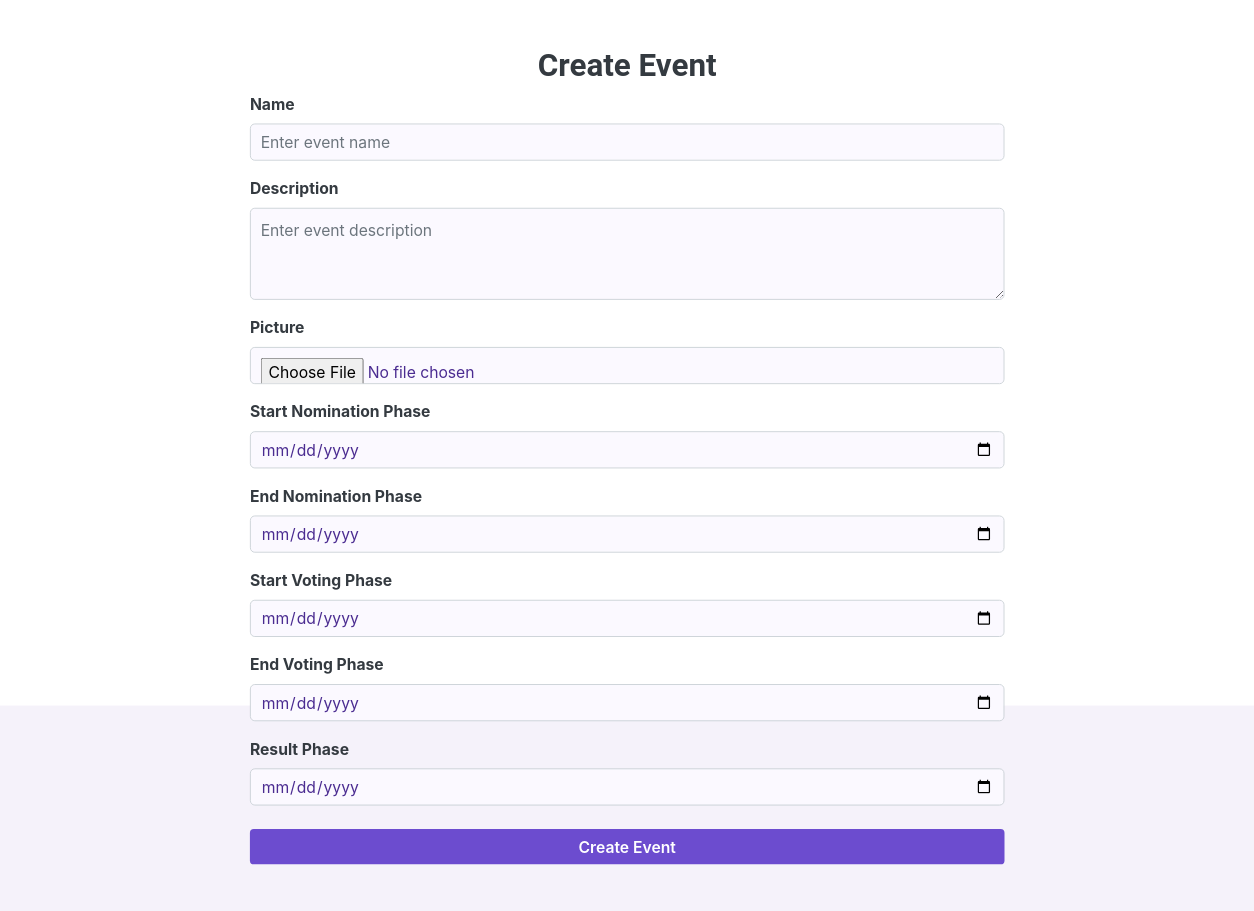
Repository: B-Vidhya/eVoting1
Page: /admin/create (app in Frontend/)
The author's editor kept a copy of each file at every save. The page is drawn from the files as they stood at one save, then again after the next save.
The browser window is 1280 px wide. The pictures show the whole page, at 98% of full size.
The project was rebuilt for these pictures with package versions that can differ from the ones it lists, and the page was loaded fresh each time. Also part of the build but not shown: Frontend/src/Components/SignUpPage.js, Frontend/src/Components/Home.js, Frontend/src/Components/EventsList.js, Frontend/src/Components/NominationForm.js, Frontend/src/Components/AdminViewCandidates.js, Frontend/src/Components/VotingPage.js, Frontend/src/Components/ResultPage.js, Frontend/src/Components/InactiveEventPage.js and 8 more.

Above is the page before, as saved 2024-10-24 13:07:21.

### Frontend/public/index.html
<!DOCTYPE html>
<html lang="en">
  <head>
    <meta charset="utf-8" />
    <link rel="icon" href="%PUBLIC_URL%/favicon.ico" />
    <meta name="viewport" content="width=device-width, initial-scale=1" />
    <meta name="theme-color" content="#000000" />
    <meta name="description" content="Campus Voting Application" />
    <link rel="stylesheet" href="https://maxcdn.bootstrapcdn.com/bootstrap/4.5.2/css/bootstrap.min.css" />
    <link rel="apple-touch-icon" href="%PUBLIC_URL%/logo192.png" />
    <link rel="manifest" href="%PUBLIC_URL%/manifest.json" />
    <title>Campus Voting</title>
  </head>
  <body>
    <noscript>You need to enable JavaScript to run this app.</noscript>
    <div id="root"></div>
    <!--
      This HTML file is a template.
      If you open it directly in the browser, you will see an empty page.

      You can add webfonts, meta tags, or analytics to this file.
      The build step will place the bundled scripts into the <body> tag.

      To begin the development, run `npm start` or `yarn start`.
      To create a production bundle, use `npm run build` or `yarn build`.
    -->
  </body>
</html>

### Frontend/src/index.js
import React from "react";
import ReactDOM from "react-dom";
import "./Styles/styles.css";
import App from "./App";
import { ChakraProvider } from "@chakra-ui/react";

ReactDOM.render(
  <React.StrictMode>
    {/* Wrap App with ChakraProvider */}
    <ChakraProvider>
      <App />
    </ChakraProvider>
  </React.StrictMode>,
  document.getElementById("root")
);

### Frontend/src/Styles/styles.css

body, html {
  height: 100%;
  margin: 0;
  font-family: 'Arial', sans-serif;
  background-color: #f5f2fa;
}

.container-fluid {
  background-color: #f5f2fa;
}

h2 {
  font-family: 'Roboto', sans-serif;
  font-weight: 700;
  color: #4b2c91;
}

.shadow-lg {
  box-shadow: 0 4px 20px rgba(0, 0, 0, 0.1) !important;
}

.form-control {
  border: 1px solid #e0e0e0;
  font-size: 16px;
  color: #4b2c91;
  background-color: #fbf9ff;
}

.form-control:focus {
  border-color: #ae98d8;
  box-shadow: none;
}

.btn-primary {
  background-color: #6c4ccf  !important;
  border-color: #6c4ccf  !important;
  font-size: 16px;
  font-weight: 600;
  transition: background-color 0.3s ease-in-out, box-shadow 0.3s ease-in-out;
}

.btn-primary:hover, .btn-primary:focus {
  background-color: #5633bf  !important;
  border-color: #5633bf  !important;
  box-shadow: 0 0 10px rgba(87, 53, 190, 0.5);
}

.text-primary {
  color: #6c4ccf !important;
}

.text-muted {
  color: #6c4ccf !important;
}

.bg-primary {
  background-color: #6c4ccf !important;
}

.bg-light {
  background-color: #f5f2fa !important;
}

.bg-white {
  background-color: #ffffff !important;
}

::-webkit-input-placeholder {
  color: #9c8ab6;
}

:-ms-input-placeholder {
  color: #9c8ab6;
}

::placeholder {
  color: #9c8ab6;
}

.mr-2 {
  margin-right: 8px;
}

@media (max-width: 992px) {
  .form-control {
    font-size: 14px;
  }
}

### Frontend/src/Components/AdminCreate.js
import React, { useState } from "react";
import { Container, Row, Col, Button, Form } from "react-bootstrap";
import { useNavigate } from "react-router-dom";
import axios from "axios"; // Import Axios
import "../Styles/AdminCreate.css"; // Import your CSS file
import { useToast } from "@chakra-ui/react";

const AdminCreate = () => {
  const navigate = useNavigate();

  // Define state for form fields
  const [eventName, setEventName] = useState("");
  const [eventDescription, setEventDescription] = useState("");
  const [pic, setPic] = useState(null); // Changed to pic
  const [startNominationPhase, setStartNominationPhase] = useState("");
  const [endNominationPhase, setEndNominationPhase] = useState("");
  const [startVotingPhase, setStartVotingPhase] = useState("");
  const [endVotingPhase, setEndVotingPhase] = useState("");
  const [resultPhase, setResultPhase] = useState("");
  const [loading, setLoading] = useState(false);
  const toast = useToast();

  const postDetails = async (pics) => {
    setLoading(true);
    if (pics === undefined) {
      toast({
        title: "Please Check an Image!",
        status: "warning",
        duration: 5000,
        isClosable: true,
        position: "bottom",
      });
      setLoading(false);
      return;
    }
    if (pics.type === "image/jpeg" || pics.type === "image/png") {
      const data = new FormData();
      data.append("file", pics);
      data.append("upload_preset", "chat-app");
      data.append("cloud_name", "dumugkpxd");

      try {
        const res = await fetch(
          "https://api.cloudinary.com/v1_1/dumugkpxd/image/upload",
          {
            method: "post",
            body: data,
          }
        );
        const imageData = await res.json();
        setPic(imageData.url); // Use setPic for saving image URL
      } catch (err) {
        console.log(err);
        toast({
          title: "Image upload failed!",
          status: "error",
          duration: 5000,
          isClosable: true,
          position: "bottom",
        });
      }
    } else {
      toast({
        title: "Please Select an Image!",
        status: "warning",
        duration: 5000,
        isClosable: true,
        position: "bottom",
      });
      setLoading(false);
      return;
    }
    setLoading(false);
  };

  const handleSubmit = async (e) => {
    e.preventDefault();
    setLoading(true);

    const eventData = {
      name: eventName,
      description: eventDescription,
      picture: pic, // Use pic for the image URL
      startNominationPhase,
      endNominationPhase,
      startVotingPhase,
      endVotingPhase,
      resultPhase,
    };

    try {
      const response = await axios.post(
        "http://localhost:5000/api/events",
        eventData,
        {
          headers: {
            "Content-Type": "application/json",
          },
        }
      );

      console.log("Event created:", response.data);
      // Redirect or update UI after successful submission
      navigate("/events"); // Adjust based on your routing
    } catch (error) {
      console.error(
        "Error:",
        error.response ? error.response.data : error.message
      );
    }

    setLoading(false);
  };

  return (
    <Container className="container d-flex flex-column">
      <Row className="flex-grow-1">
        <Col md={8} className="mx-auto my-5">
          <h2 className="text-center">Create Event</h2>
          <Form onSubmit={handleSubmit}>
            <Form.Group controlId="formName">
              <Form.Label>Name</Form.Label>
              <Form.Control
                type="text"
                placeholder="Enter event name"
                value={eventName}
                onChange={(e) => setEventName(e.target.value)}
                required
              />
            </Form.Group>
            <Form.Group controlId="formDescription" className="mt-3">
              <Form.Label>Description</Form.Label>
              <Form.Control
                as="textarea"
                rows={3}
                placeholder="Enter event description"
                value={eventDescription}
                onChange={(e) => setEventDescription(e.target.value)}
                required
              />
            </Form.Group>
            <Form.Group controlId="formPicture" className="mt-3">
              <Form.Label>Picture</Form.Label>
              <Form.Control
                type="file"
                onChange={(e) => postDetails(e.target.files[0])}
                required
              />
            </Form.Group>
            <Form.Group controlId="formNominationPhase" className="mt-3">
              <Form.Label>Start Nomination Phase</Form.Label>
              <Form.Control
                type="date"
                value={startNominationPhase}
                onChange={(e) => setStartNominationPhase(e.target.value)}
                required
              />
            </Form.Group>
            <Form.Group controlId="formEndNominationPhase" className="mt-3">
              <Form.Label>End Nomination Phase</Form.Label>
              <Form.Control
                type="date"
                value={endNominationPhase}
                onChange={(e) => setEndNominationPhase(e.target.value)}
                required
              />
            </Form.Group>
            <Form.Group controlId="formStartVotingPhase" className="mt-3">
              <Form.Label>Start Voting Phase</Form.Label>
              <Form.Control
                type="date"
                value={startVotingPhase}
                onChange={(e) => setStartVotingPhase(e.target.value)}
                required
              />
            </Form.Group>
            <Form.Group controlId="formEndVotingPhase" className="mt-3">
              <Form.Label>End Voting Phase</Form.Label>
              <Form.Control
                type="date"
                value={endVotingPhase}
                onChange={(e) => setEndVotingPhase(e.target.value)}
                required
              />
            </Form.Group>
            <Form.Group controlId="formResultPhase" className="mt-3">
              <Form.Label>Result Phase</Form.Label>
              <Form.Control
                type="date"
                value={resultPhase}
                onChange={(e) => setResultPhase(e.target.value)}
                required
              />
            </Form.Group>
            <Button variant="primary" type="submit" className="mt-4 w-100">
              Create Event
            </Button>
          </Form>
        </Col>
      </Row>
    </Container>
  );
};

export default AdminCreate;

### Frontend/src/Styles/Home.css
/* Home.css */

/* General Styling */
body {
  margin: 0;
  font-family: 'Poppins', sans-serif;
  background-color: #f4f4f9;
  color: #333;
}

/* Header Section */
.header {
  background-color: #6c4ccf !important; /* Darker background for header */
  color: #fff;
  display: flex;
  justify-content: space-between;
  align-items: center;
  padding: 20px 50px;
  box-shadow: 0 4px 8px rgba(0, 0, 0, 0.2); /* Subtle shadow for header */
}

.logo-section {
  display: flex;
  align-items: center;
}

.logo {
  width: 50px;
  height: 50px;
  margin-right: 15px;
}

.site-title {
  font-size: 24px;
  font-weight: 700;
  color: #ecf0f1; /* Light color for better contrast */
}

nav .login-button {
  background-color: #9b7ef2; /* Purple color */
  color: #fff;
  border: none;
  padding: 10px 20px;
  font-size: 16px;
  font-weight: 600;
  border-radius: 5px;
  text-decoration: none;
  transition: background-color 0.3s ease;
}

nav .login-button:hover {
  background-color: #190949 ; /* Darker purple for hover effect */
}

/* Slider Section */
.hero {
  margin: 40px 0;
}

.carousel-content {
  display: flex;
  align-items: center;
  justify-content: center;
  height: 500px; /* Increased height for better visuals */
  background-color: #fff;
  box-shadow: 0 4px 8px rgba(0, 0, 0, 0.2); /* Shadow effect for carousel */
  border-radius: 10px;
  overflow: hidden;
}

.carousel-image {
  max-height: 100%;
  max-width: 50%;
}

.carousel-text {
  flex: 1;
  padding: 20px;
  text-align: left;
  background: rgba(255, 255, 255, 0.8); /* Slightly transparent background */
}

.carousel-text h3 {
  font-size: 36px;
  font-weight: 700;
  color:  #6c4ccf; /* Purple color for headings */
}

.carousel-text p {
  font-size: 18px;
  line-height: 1.6;
  color: #333; /* Darker color for text */
}

/* Content Section */
.content-section {
  max-width: 1200px;
  margin: 0 auto;
  padding: 40px;
  background-color: #fff; /* White background for content */
  border-radius: 10px;
  box-shadow: 0 4px 8px rgba(0, 0, 0, 0.1); /* Shadow for content section */
}

.content-section h2 {
  font-size: 32px;
  font-weight: 700;
  color: #6c4ccf; /* Purple color for main headings */
  margin-bottom: 20px;
}

.content-section h3 {
  font-size: 28px;
  font-weight: 600;
  color: #34495e; /* Dark color for sub-headings */
  margin-top: 20px;
}

.content-section h4 {
  font-size: 22px;
  font-weight: 500;
  color: #272628; /* Dark color for sub-sections */
  margin-top: 20px;
}

.content-section p {
  font-size: 18px;
  line-height: 1.8;
  color: #555; /* Slightly lighter text color */
}

/* FAQ Section */
.faq {
  max-width: 1200px;
  margin: 40px auto;
  padding: 40px;
  background-color: #fff;
  border-radius: 10px;
  box-shadow: 0 4px 8px rgba(0, 0, 0, 0.1);
}

.faq h2 {
  font-size: 32px;
  font-weight: 700;
  color:  #6c4ccf;
  margin-bottom: 20px;
}

.faq-item {
  margin-bottom: 20px;
}

.faq-item h4 {
  font-size: 24px;
  font-weight: 600;
  color: #272628;
}

.faq-item p {
  font-size: 18px;
  line-height: 1.6;
  color: #7f8c8d;
}

/* Footer Section */
.footer {
  background-color: #6c4ccf !important;
  color: #ecf0f1;
  padding: 40px 20px;
  text-align: center;
  box-shadow: 0 -4px 8px rgba(0, 0, 0, 0.2); /* Shadow for footer */
}

.footer-content {
  max-width: 1200px;
  margin: 0 auto;
}

.footer-content h4 {
  font-size: 24px;
  font-weight: 600;
  margin-bottom: 20px;
  color:  #f3f1f7; /* Purple color for footer heading */
}

.footer-content p {
  font-size: 16px;
  margin: 5px 0;
}

.footer-content a {
  color:   #6c4ccf;
  text-decoration: none;
}

.footer-content a:hover {
  text-decoration: underline;
}

/* Responsive Design */
@media (max-width: 768px) {
  .header {
    padding: 20px;
    flex-direction: column;
    text-align: center;
  }

  .carousel-content {
    flex-direction: column;
    height: auto;
  }

  .carousel-image {
    margin-left: 0;
    margin-top: 20px;
    width: 100%;
  }

  .carousel-text {
    padding: 20px;
    text-align: center;
  }

  .content-section {
    padding: 20px;
  }

  .footer {
    padding: 20px;
  }
}

### Frontend/src/Styles/EventsList.css
/* styles.css */

/* General Styles */
body, html {
    margin: 0;
    padding: 0;
    font-family: 'Arial', sans-serif;
    background-color: #f5f2fa; /* Light purplish background */
    color: #4b2c91; /* Primary text color */
  }

  h2 {
    font-family: 'Roboto', sans-serif;
    font-weight: 700;
    color: #4b2c91; /* Deep purple color for the headings */
  }

  /* Navbar Styles */
  .navbar {
    background-color: #6c4ccf !important; /* Light purplish color for navbar */
  }

  .navbar-brand, .nav-link {
    color: #ffffff !important;
    font-weight: 500;
  }

  .nav-link:hover {
    color: #d1c4ff !important; /* Slightly lighter shade on hover */
  }

  /* Card Styles */
  .card {
    border: none;
    transition: transform 0.3s ease-in-out, box-shadow 0.3s ease-in-out;
    border-radius: 10px;
    overflow: hidden;
  }

  .card:hover {
    transform: translateY(-5px);
    box-shadow: 0 8px 20px rgba(108, 76, 207, 0.2);
  }

  .card-title {
    font-size: 1.25rem;
    font-weight: 600;
    color: #4b2c91;
  }

  .card-text {
    color: #6c4ccf;
  }

  .card-img-top {
    border-top-left-radius: 10px;
    border-top-right-radius: 10px;
  }

  /* Footer Styles */
  footer {
    background-color:  #6c4ccf !important;
    color: #ffffff;
  }

  footer p {
    margin: 0;
  }

  footer a {
    color: #ffffff;
    font-weight: 500;
    text-decoration: none;
  }

  footer a:hover {
    color: #d1c4ff;
  }

  /* Container Adjustments */
  .container {
    max-width: 1200px;
    margin: auto;
  }

  .mt-5 {
    margin-top: 3rem !important;
  }

  .mb-4 {
    margin-bottom: 1.5rem !important;
  }

  .py-3 {
    padding-top: 1rem !important;
    padding-bottom: 1rem !important;
  }

  .shadow-sm {
    box-shadow: 0 2px 10px rgba(0, 0, 0, 0.1);
  }

### Frontend/src/Styles/NominationForm.css

   .nomination-page {
    background-size: cover;
    background-position: center;
    background-repeat: no-repeat;
    min-height: 100vh;
    padding: 50px 0;
  }

  .form-container {

    background-color: rgba(163, 145, 235, 0.9);
    /* Slightly transparent background */
    padding: 30px;
    border-radius: 10px;
    box-shadow: 0px 4px 10px rgba(0, 0, 0, 0.1);
  }

  h2 {
    font-weight: bold;
    color: #343a40;
  }

  button[type="submit"] {
    background-color: #3e0452;
    border: none;
    color: #fff;
    transition: background-color 0.3s ease;
  }

  button[type="submit"]:hover {
    background-color: #240236;
  }

  .form-label {
    font-weight: bold;
    color: #343a40;
  }

  .form-control {
    border-radius: 5px;
    padding: 10px;
    border: 1px solid #ced4da;
  }

Loaded but not shown: Frontend/src/App.js (65 lines, source omitted)

After the next save:
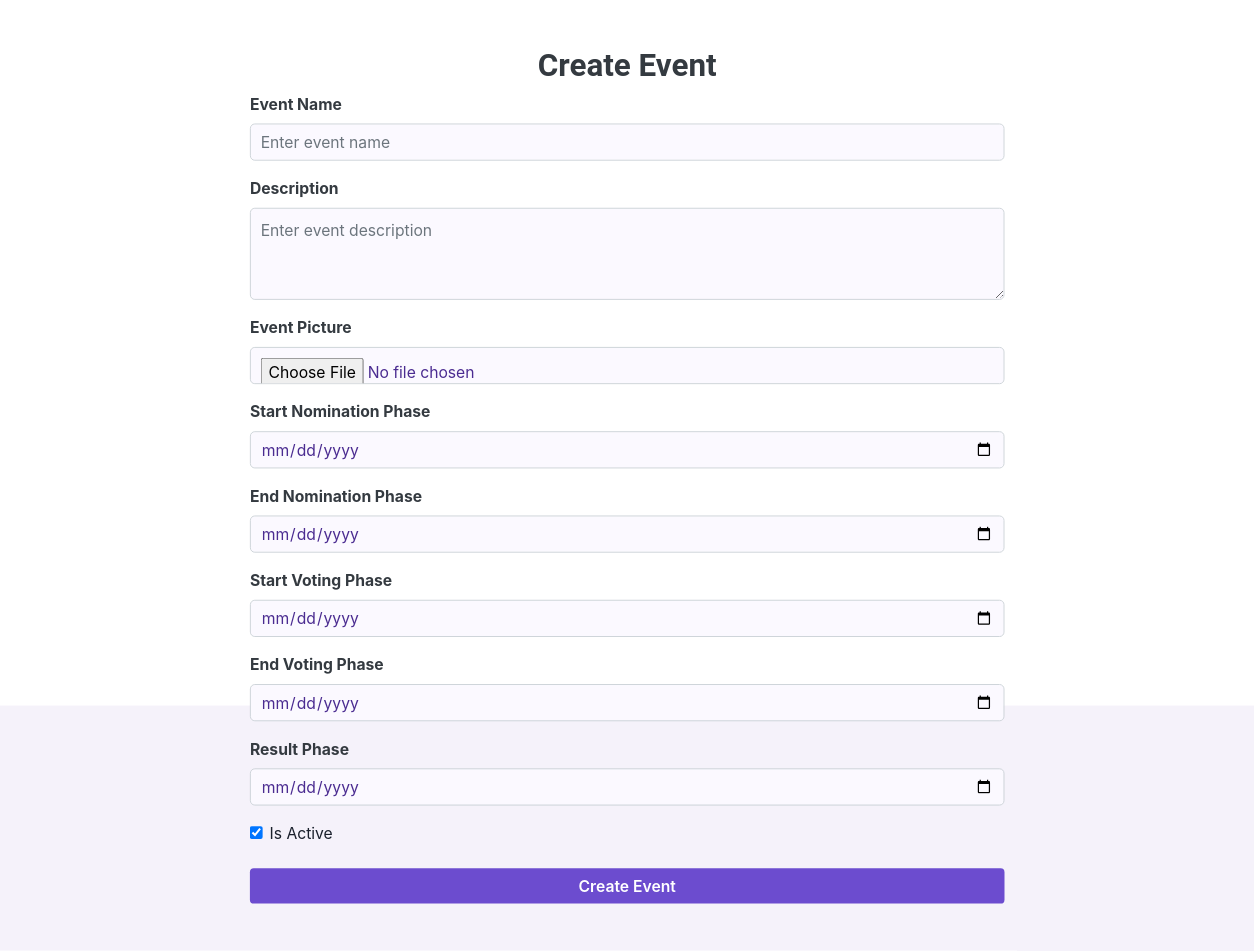
Saved 4 min 59 s later.
--- a/Frontend/src/Components/AdminCreate.js
+++ b/Frontend/src/Components/AdminCreate.js
@@ -11,16 +11,17 @@ const AdminCreate = () => {
   // Define state for form fields
   const [eventName, setEventName] = useState("");
   const [eventDescription, setEventDescription] = useState("");
-  const [pic, setPic] = useState(null); // Changed to pic
   const [startNominationPhase, setStartNominationPhase] = useState("");
   const [endNominationPhase, setEndNominationPhase] = useState("");
   const [startVotingPhase, setStartVotingPhase] = useState("");
   const [endVotingPhase, setEndVotingPhase] = useState("");
   const [resultPhase, setResultPhase] = useState("");
+  const [pic, setPic] = useState(); // For the picture upload
+  const [isActive, setIsActive] = useState(true); // New isActive state
   const [loading, setLoading] = useState(false);
   const toast = useToast();
 
-  const postDetails = async (pics) => {
+  const postDetails = (pics) => {
     setLoading(true);
     if (pics === undefined) {
       toast({
@@ -38,27 +39,19 @@ const AdminCreate = () => {
       data.append("file", pics);
       data.append("upload_preset", "chat-app");
       data.append("cloud_name", "dumugkpxd");
-
-      try {
-        const res = await fetch(
-          "https://api.cloudinary.com/v1_1/dumugkpxd/image/upload",
-          {
-            method: "post",
-            body: data,
-          }
-        );
-        const imageData = await res.json();
-        setPic(imageData.url); // Use setPic for saving image URL
-      } catch (err) {
-        console.log(err);
-        toast({
-          title: "Image upload failed!",
-          status: "error",
-          duration: 5000,
-          isClosable: true,
-          position: "bottom",
+      fetch("https://api.cloudinary.com/v1_1/dumugkpxd/image/upload", {
+        method: "post",
+        body: data,
+      })
+        .then((res) => res.json())
+        .then((data) => {
+          setPic(data.url.toString());
+          setLoading(false);
+        })
+        .catch((err) => {
+          console.log(err);
+          setLoading(false);
         });
-      }
     } else {
       toast({
         title: "Please Select an Image!",
@@ -68,48 +61,39 @@ const AdminCreate = () => {
         position: "bottom",
       });
       setLoading(false);
-      return;
     }
-    setLoading(false);
   };
 
   const handleSubmit = async (e) => {
     e.preventDefault();
-    setLoading(true);
 
     const eventData = {
       name: eventName,
       description: eventDescription,
-      picture: pic, // Use pic for the image URL
+      picture: pic,
       startNominationPhase,
       endNominationPhase,
       startVotingPhase,
       endVotingPhase,
       resultPhase,
+      isActive, // Include the isActive field
     };
 
     try {
-      const response = await axios.post(
-        "http://localhost:5000/api/events",
-        eventData,
-        {
-          headers: {
-            "Content-Type": "application/json",
-          },
-        }
-      );
+      const response = await axios.post("/api/events", eventData, {
+        headers: {
+          "Content-Type": "application/json",
+        },
+      });
 
       console.log("Event created:", response.data);
-      // Redirect or update UI after successful submission
-      navigate("/events"); // Adjust based on your routing
+      navigate("/events");
     } catch (error) {
       console.error(
-        "Error:",
+        "Error creating event:",
         error.response ? error.response.data : error.message
       );
     }
-
-    setLoading(false);
   };
 
   return (
@@ -119,7 +103,7 @@ const AdminCreate = () => {
           <h2 className="text-center">Create Event</h2>
           <Form onSubmit={handleSubmit}>
             <Form.Group controlId="formName">
-              <Form.Label>Name</Form.Label>
+              <Form.Label>Event Name</Form.Label>
               <Form.Control
                 type="text"
                 placeholder="Enter event name"
@@ -140,7 +124,7 @@ const AdminCreate = () => {
               />
             </Form.Group>
             <Form.Group controlId="formPicture" className="mt-3">
-              <Form.Label>Picture</Form.Label>
+              <Form.Label>Event Picture</Form.Label>
               <Form.Control
                 type="file"
                 onChange={(e) => postDetails(e.target.files[0])}
@@ -192,6 +176,15 @@ const AdminCreate = () => {
                 required
               />
             </Form.Group>
+            {/* isActive Checkbox */}
+            <Form.Group controlId="formIsActive" className="mt-3">
+              <Form.Check
+                type="checkbox"
+                label="Is Active"
+                checked={isActive}
+                onChange={(e) => setIsActive(e.target.checked)}
+              />
+            </Form.Group>
             <Button variant="primary" type="submit" className="mt-4 w-100">
               Create Event
             </Button>
